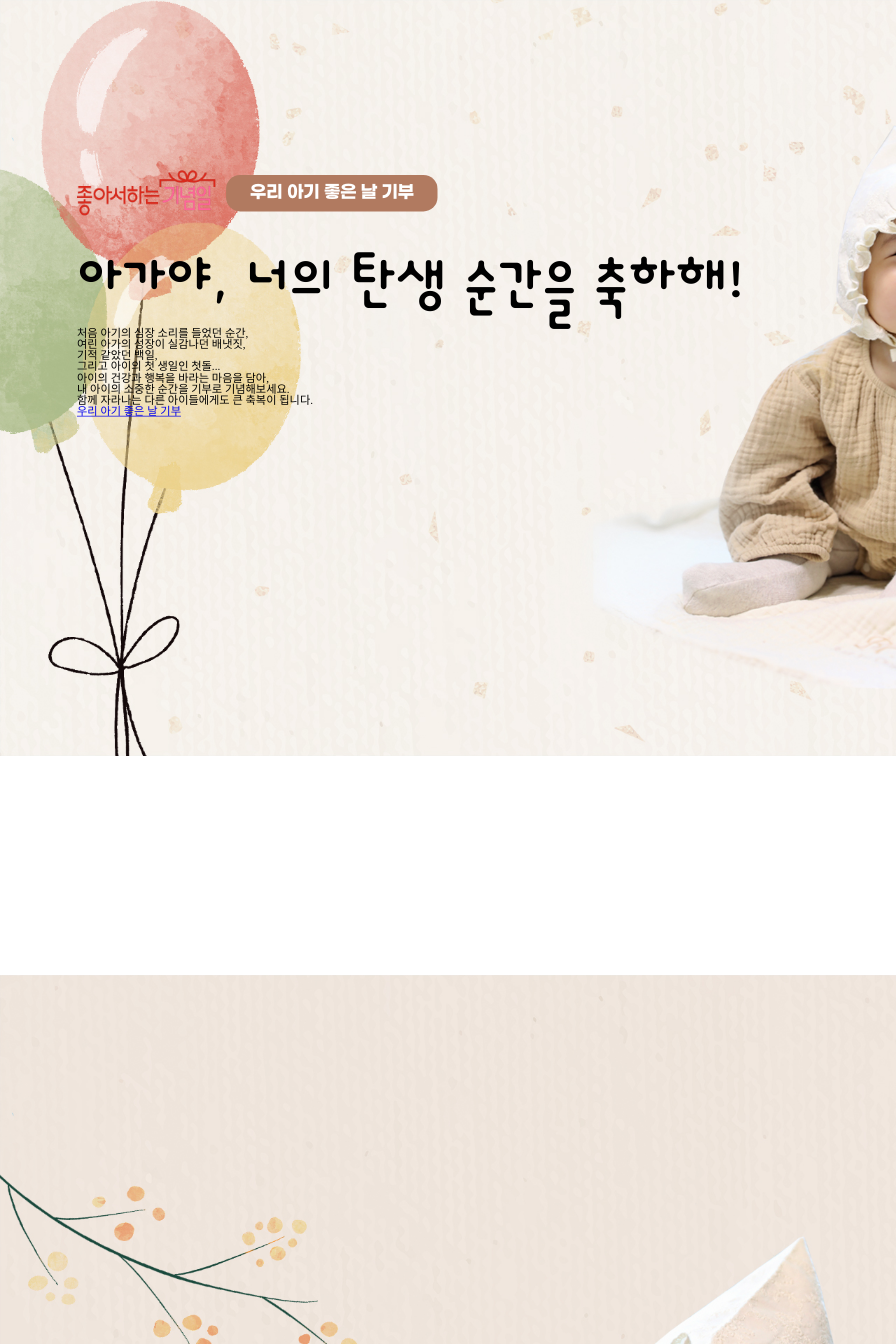
Repository: dlgywls1130/save_the_children
Page: index.html
An editor plug-in stored every save of this project. The page is shown before and after the next save, followed by the edit.
The browser window is 1280 px wide. The pictures show the part of the page from y = 0 to 1920 px (the page is 5153 px tall), at 70% of full size.

Above is the page before, as saved 2023-12-12 20:51:41.

After the next save:
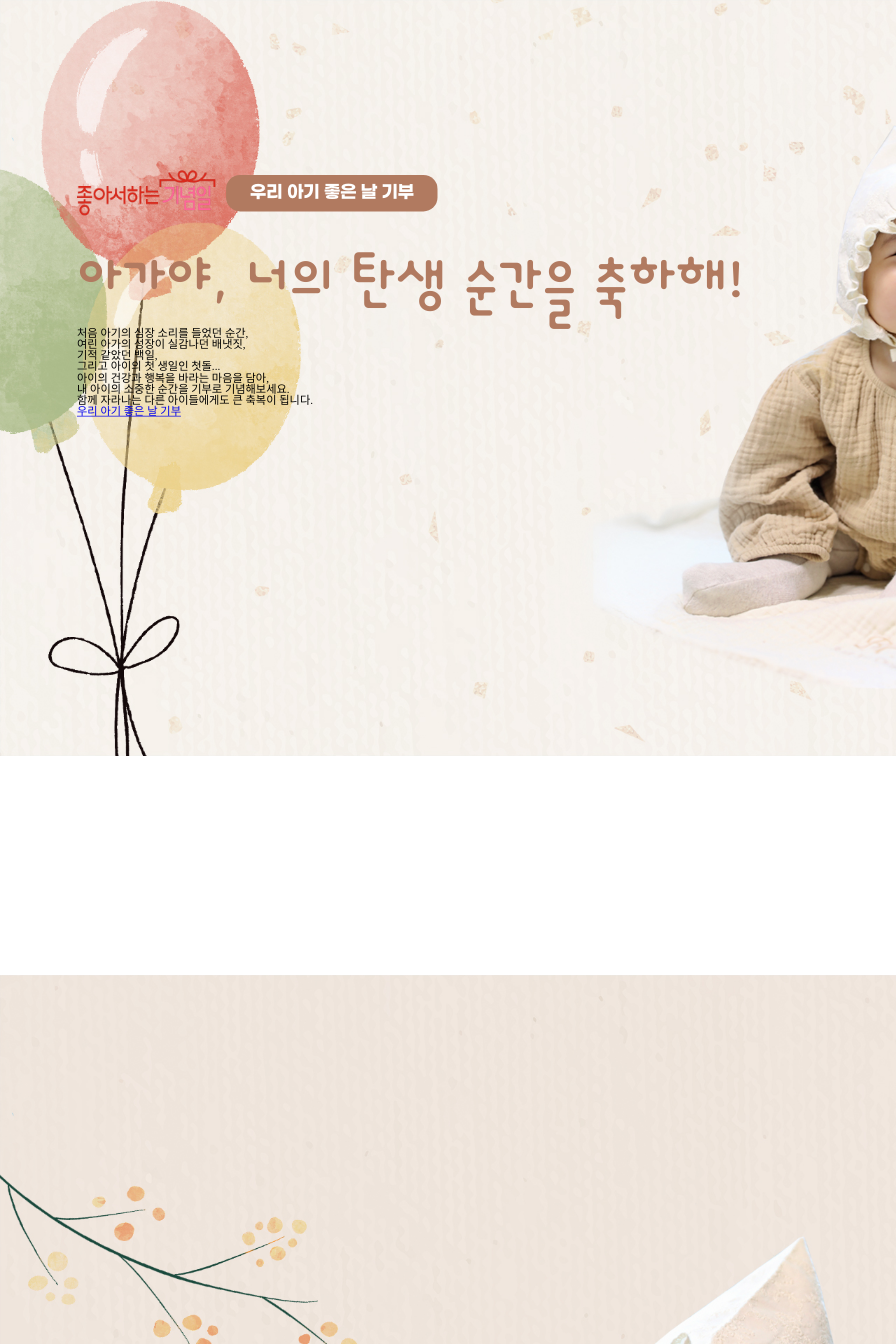
Saved 2 min 22 s later.
--- a/css/style.css
+++ b/css/style.css
@@ -1,3 +1,8 @@
+
+/* root */
+:root{
+    --main-color:#B17A60;
+}
 
 
 /* font */
@@ -147,6 +152,7 @@
     font-family: 'Dongle',sans-serif;
     font-weight: 500;
     font-size: 120px;
+    color: var(--main-color);
 }
 
 /* section02 */
